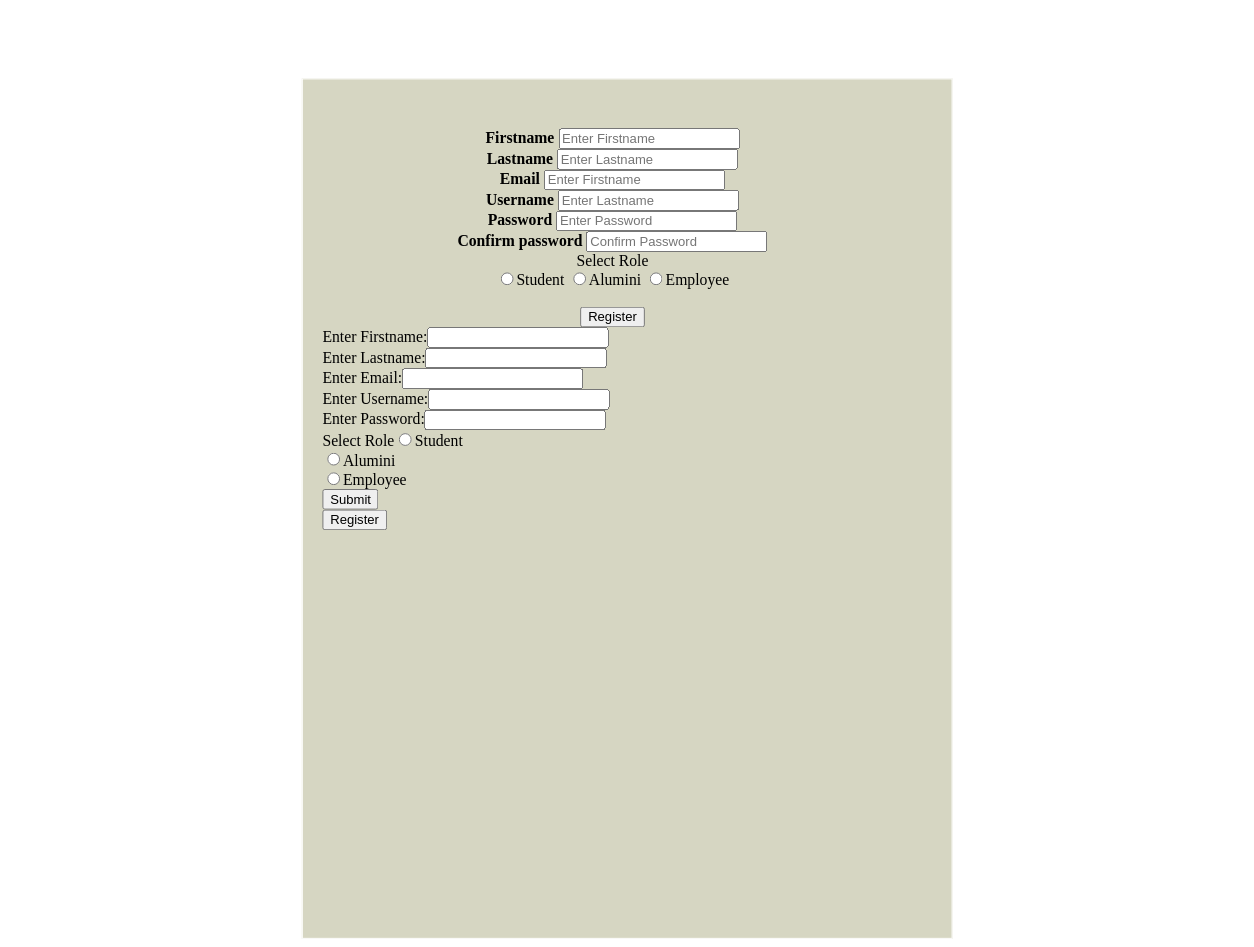
Repository: NeeleshPoojari/Project-2
Page: frontend_project2/WebContent/views/registrationform.html
These files come from the project's save history. The page is drawn as it stood at one moment and after the next save; the edit follows.
The browser window is 1280 px wide. The pictures show the whole page, at 98% of full size.

Above is the page before, as saved 2017-07-17 07:12:46.

### frontend_project2/WebContent/views/registrationform.html
<style>
.middle {
    border: 1px solid white;
    background-color:#d6d6c2;
    padding-top: 50px;
    padding-right: 50px;
    padding-bottom: 400px;
    padding-left: 20px;
    margin-left:300px;
    margin-right:300px;

}
</style>

<div class="middle" style="margin-top: 80px;">

	<form>
		<div align="center">
			<div class="row">
				<div class="form-group col-xs-6">
					<label><b>Firstname</b></label> <input type="text"
						ng-model="user.firstname" placeholder="Enter Firstname"
						class="form-control input-lg" required>
				</div>


				<div class="form-group col-xs-6">
					<label><b>Lastname</b></label> <input type="text"
						ng-model="user.lastname" placeholder="Enter Lastname"
						class="form-control input-lg" required>
				</div>

			</div>
		</div>

		<div align="center">
			<div class="row">
				<div class="form-group col-xs-6">
					<label><b>Email</b></label> <input type="text"
						ng-model="user.email" placeholder="Enter Firstname"
						class="form-control input-lg" required>
				</div>


				<div class="form-group col-xs-6">
					<label><b>Username</b></label> <input type="text"
						ng-model="user.username" placeholder="Enter Lastname"
						class="form-control input-lg" required>
				</div>

			</div>
		</div>


		<div align="center">
			<div class="row">
				<div class="form-group col-xs-6">
					<label><b>Password</b></label> <input type="password"
						ng-model="user.password" placeholder="Enter Password"
						class="form-control input-lg" required>
				</div>


				<div class="form-group col-xs-6">
					<label><b>Confirm password</b></label> <input type="password"
						 placeholder="Confirm Password"
						class="form-control input-lg" required>
				</div>

			</div>
		</div>

		<div align="center">
		<label >Select Role</label><br>
		<div class="row">
        <input type="radio" ng-model="user.role" value="Student">Student
		<input type="radio" ng-model="user.role" value="Alumini">Alumini
		<input type="radio" ng-model="user.role" value="Employee">Employee
		</div>
		<br>
		<button type="submit"  ng-click="register()"
				class="btn btn-success">Register</button>
        </div>



		Enter Firstname:<input type="text" ng-model="user.firstname"><br>
		Enter Lastname:<input type="text" ng-model="user.lastname"><br>
		Enter Email:<input type="text" ng-model="user.email"><br>
		Enter Username:<input type="text" ng-model="user.username"><br>
		Enter Password:<input type="password" ng-model="user.password"><br>

		Select Role<input type="radio" ng-model="user.role" value="Student">Student<br>
		<input type="radio" ng-model="user.role" value="Alumini">Alumini<br>
		<input type="radio" ng-model="user.role" value="Employee">Employee<br>

		<input type="submit" ng-click="register()"><br>

		<button type="submit"  ng-click="register()"
				class="btn btn-success">Register</button>

	</form>
</div>

After the next save:
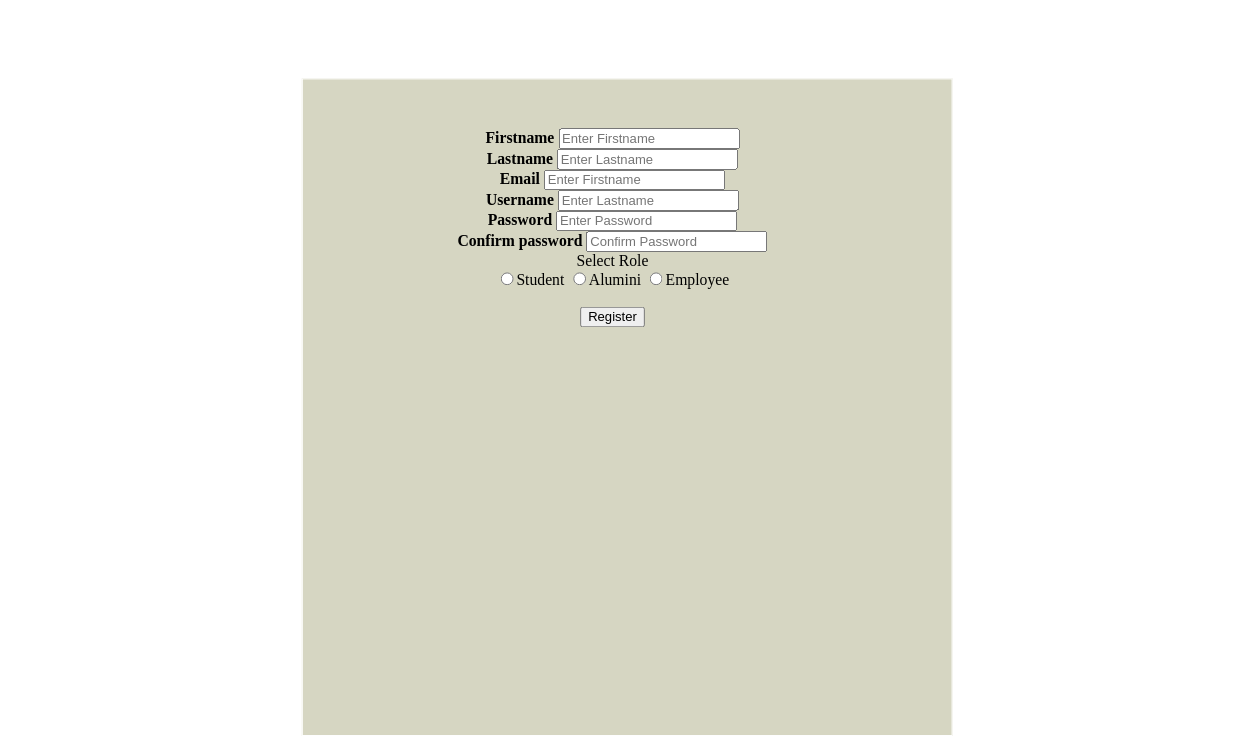
Saved 21 s later.
--- a/frontend_project2/WebContent/views/registrationform.html
+++ b/frontend_project2/WebContent/views/registrationform.html
@@ -82,7 +82,7 @@
 				class="btn btn-success">Register</button>
         </div>
 
-
+<!--
 
 		Enter Firstname:<input type="text" ng-model="user.firstname"><br>
 		Enter Lastname:<input type="text" ng-model="user.lastname"><br>
@@ -95,9 +95,8 @@
 		<input type="radio" ng-model="user.role" value="Employee">Employee<br>
 
 		<input type="submit" ng-click="register()"><br>
+		 -->
 
-		<button type="submit"  ng-click="register()"
-				class="btn btn-success">Register</button>
 
 	</form>
 </div>
